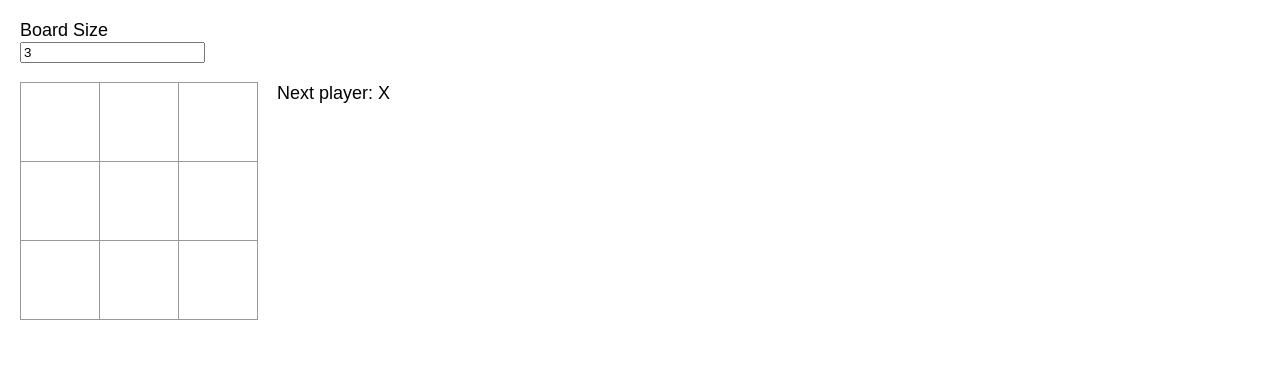
Repository: yshong211/tic-tac-toe-0708
Page: /
The author's editor kept a copy of each file at every save. The page is drawn from the files as they stood at one save, then again after a run of saves.
The browser window is 1280 px wide. The pictures show the whole page.
The project was rebuilt for these pictures with package versions that can differ from the ones it lists, and the page was loaded fresh each time.

Above is the page before, as saved 2020-07-07 16:53:23.

### src/index.js
import React from 'react';
import ReactDOM from 'react-dom';
import './index.css';
import GetDim from './getDim';

  // ========================================

  // renders the game component to element

  ReactDOM.render(
    <GetDim />, // goes inside of the the second parameter;
    document.getElementById('root') // returns <div id = "root"></div>
  );

### src/index.css
body {
    font: 18px "Century Gothic", Futura, sans-serif; /* size, font */
    margin: 20px; /* space outside of border */
  }

  form {
    margin-bottom: 20px;

  }

  ol, ul {
    padding-left: 30px; /* space b/t left border to content */
  }

  .board-row:after {
    clear: both;
    content: "";
    display: table;
  }

  .status {
    margin-bottom: 10px;
  }

  .square {
    background: rgb(255, 255, 255);
    border: 1px solid #999;
    float: left;
    font-size: 60px;
    font-weight: bold;
    line-height: 80px;
    height: 80px;
    margin-right: -1px;
    margin-top: -1px;
    padding: 0;
    text-align: center; /* text in the middle */
    width: 80px;
  }

  .square:focus {
    outline: none;
  }

  .kbd-navigation .square:focus {
    background: #ddd;
  }

  .game {
    display: flex;
    flex-direction: row;


  }

  .game-info {
    margin-left: 20px;
  }

### src/getDim.js
import React from 'react';
import Game from './game';


export default class GetDim extends React.Component {
    constructor(props) {
      super(props);
      this.state = {rows: 3};
      this.handleChange = this.handleChange.bind(this);

    }
    handleChange(event) {
      this.setState({rows: event.target.value});
    }
    how_many(rows) {
        let how = [];
        for(let i = 3; i <= rows; i++){
            how.push(<option value="6">i</option>)
        }
        return how;
    }

    render() {

      return (
      <div className = 'submission'>
        <form>
          <label>
            Board Size<br></br>
            <input type="int" value={this.state.rows} onChange={this.handleChange} />
          </label>
          <br />
          <label>

          </label>
        </form>
        <Game
            rows = {parseInt(this.state.rows)}
        />
      </div>
      );
    }
  }

### src/game.js
import React from 'react';
import Board from './board';


export default class Game extends React.Component {
    constructor(props) {
      super(props);
      this.state = {
        board: [], //history:{square: Arr}
        history: [], // track the last index
        stepNumber: 0, // count var
        xIsNext: true // Random for which player goes first (50% each)
      };
    }

    hor(squares, row_length){
      let index = 0;
      let count = 0;
      let x = 0;
      let o = 0;
      for(let i = 0; i < row_length; i++){
        for(let j = 0; j < row_length; j++){
          if(squares[index]==='X'){
            x++;
          }
          if(squares[index]==='O'){
            o++
          }
          count++;
          index++;
        }
        if(o === count){
          return 'O';
        }
        if(x === count){
          return 'X'
        }
        count = 0;
        x = 0;
        o = 0;
      }
    }

    vert(squares, row_length){
      let count = 0;
      let x = 0;
      let o = 0;
      for(let i = 0; i < row_length; i++){
        for(let j = i; j < row_length**2; j+=row_length){
          if(squares[j]==='X'){
            x++;
          }
          if(squares[j]==='O'){
            o++
          }
          count++;
        }

        if(o === count){
          return 'O';
        }
        if(x === count){
          return 'X';
        }
        count = 0;
        x = 0;
        o = 0;
      }
    }

    cross(squares, row_length){
      let count = 0;
      let x = 0;
      let o = 0;

      for(let i = 0; i < row_length**2; i+=(row_length+1)){
        if(squares[i]==='X'){
          x++;
        }
        if(squares[i]==='O'){
          o++;
        }
        count++;
      }
      if(o === count){
        return 'O';
      }
      if(x === count){
        return 'X';
      }
      count = 0;
      x = 0;
      o = 0;

      for(let j = row_length-1; j < (row_length**2)-1; j+=(row_length-1)){
        if(squares[j]==='X'){
          x++;
        }
        if(squares[j]==='O'){
          o++
        }
        count++;
      }
      if(o === count){
        return 'O';
      }
      if(x === count){
        return 'X';
      }
      count = 0;
      x = 0;
      o = 0;
    }

    calculateWinner(squares, rows){
      if(this.hor(squares, rows) === 'O' || this.hor(squares, rows) === 'X'){
        return this.hor(squares, rows);
      }

      else if(this.vert(squares, rows) === 'O' || this.vert(squares, rows) === 'X'){
        return this.vert(squares, rows);
      }

      else if(this.cross(squares, rows) === 'O' || this.cross(squares, rows) === 'X'){
        return this.cross(squares, rows);
      }
      return null;
    }
    handleClick(i) {
      const hist = this.state.history;
      const squares = this.state.board;
      const rows = this.props.rows;
      if (this.calculateWinner(squares, rows) || squares[i]) { // ends the game
        return;
      }
      squares[i] = this.state.xIsNext ? 'X' : 'O';
      hist.push(i);
      this.setState({
        board: squares,
        history: hist,
        stepNumber: this.state.history.length,
        xIsNext: !this.state.xIsNext // changes turn
      });
    }

    jumpTo(history, board, step) {
      for (let i = history.length-1; i >= step; i--){
        board[history.pop()] = null;
      }
      this.setState({
        stepNumber: step,
        xIsNext: (step % 2) === 0
      });
    }
    render() {
      const board = this.state.board;
      const history = this.state.history;
      const rows = this.props.rows;
      const winner = this.calculateWinner(board, rows);
      const moves = history.map((step, move) => {
        const desc = move ?
          'Go to move #' + move :
          'Refresh';

        return (
          <li key={move}>
            <button onClick={() => this.jumpTo(history, board, move)}>{desc}</button>
          </li>
        );

      });

      let status;
      winner ? status = 'Winner: ' + winner :
      status = 'Next player: ' + (this.state.xIsNext ? 'X' : 'O');
      return (
        <div className="game">
          <div className="game-board">
            <Board // exports the values of attr to Board component
              rows = {this.props.rows}
              squares={board}
              onClick={i => this.handleClick(i)}
            />
          </div>
          <div className="game-info">
            <div>{status}</div>
            <ol>{moves}</ol>
          </div>
        </div>
      );
    }
  }

### src/board.js
import React from 'react';
import Square from './square.js';


export default class Board extends React.Component {
    renderSquare(i) {
      // value and onclick value transfers to component Square
      return(
        <Square
          value={this.props.squares[i]} // got val from {current.squares}
          onClick={() => this.props.onClick(i)} // got val from {i => this.handleClick(i)}
        />
      );
    }
    create_rq(start,end) {
      let rows = []
      for(let i = start; i < end; i++){
        rows.push(this.renderSquare(i));
      }
      return rows;
    }
    create_row(start) { // creates row length of 3, var start is the starting index
      let board_r = [];
      for(let i = 0; i < start; i++){
        let new_r = i * start;
        let new_end = parseInt(new_r)+parseInt(start);
        board_r.push(
        <div className="board-row">
          {this.create_rq(new_r,new_end)}
        </div>);
      }
      return board_r

    }
    render() { // renders 9 squares
      return (
        <div>
          {this.create_row(this.props.rows)}
        </div>
      );
    }
  }

### src/square.js
import React from 'react';

export default function Square(props) {
    // gets value and onClick from renderSquare
    return (
      <button className = "square" onClick = {props.onClick}>
        {props.value}
      </button>
      );
  }

Loaded but not shown: public/index.html (common file)

After the next 4 saves:
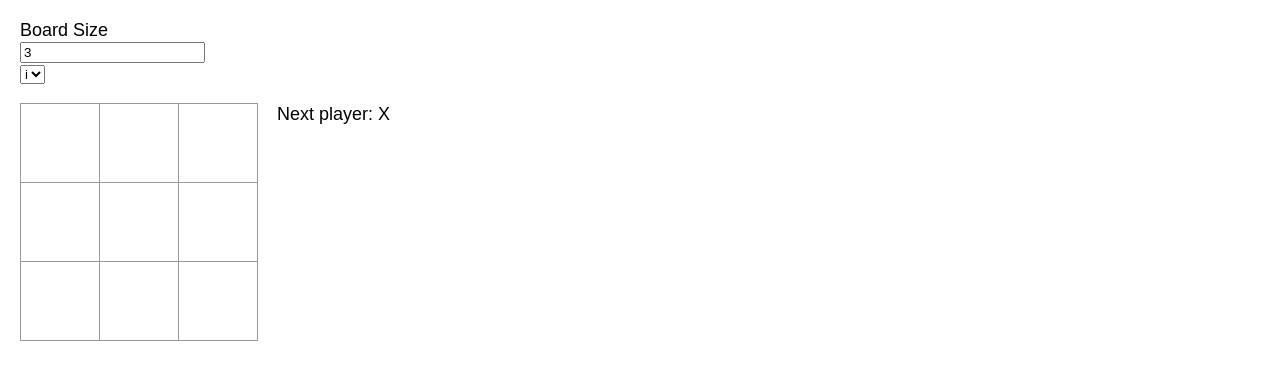
The 4 saves are shown as one change because they came seconds apart.
The last was saved 13 s later.
--- a/src/getDim.js
+++ b/src/getDim.js
@@ -31,7 +31,9 @@ export default class GetDim extends React.Component {
           </label>
           <br />
           <label>
-
+            <select>
+                {this.how_many(this.state.rows)}
+            </select>
           </label>
         </form>
         <Game
